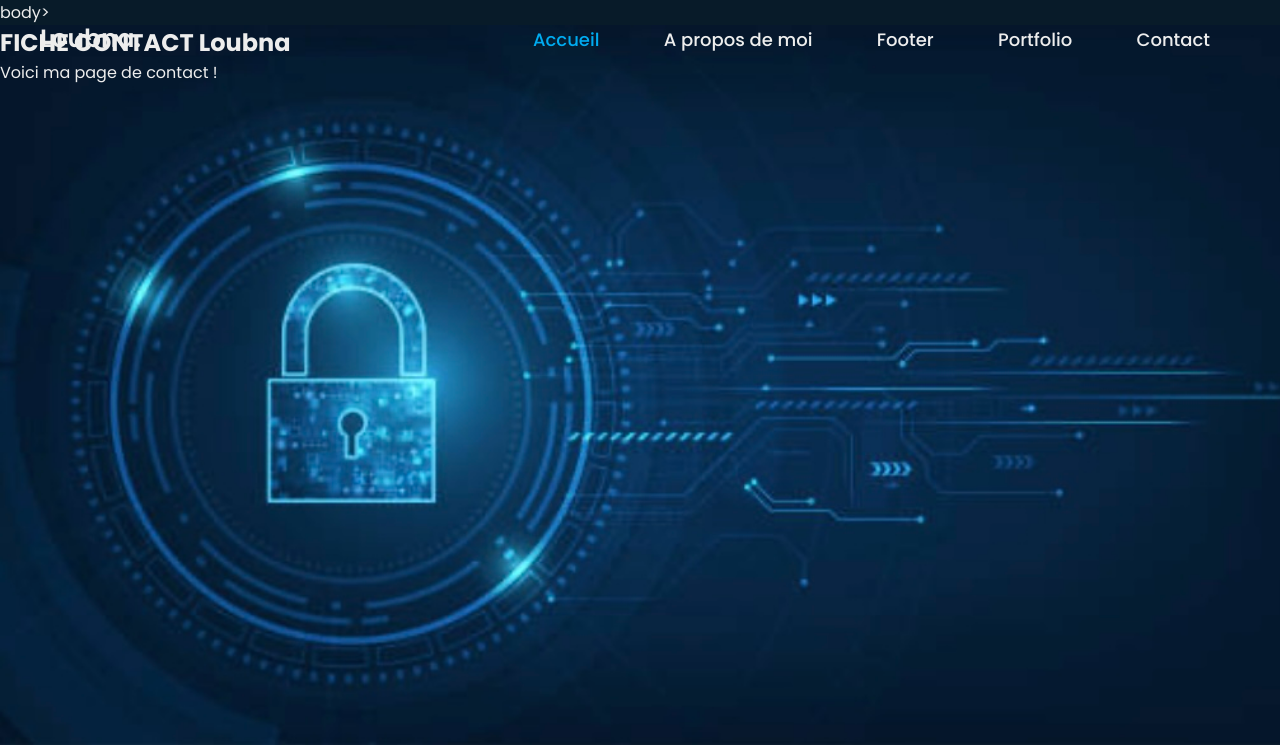
Repository: Loubna77290/Portfolio-de-Loubna
Page: contact.html
The author's editor kept a copy of each file at every save. The page is drawn from the files as they stood at one save, then again after the next save.
The browser window is 1280 px wide. The pictures show the whole page.

Above is the page before, as saved 2025-03-10 08:55:11.

### contact.html
<!DOCTYPE html>
<html lang="en">
<head>
    <meta charset="UTF-8">
    <meta name="viewport" content="width=device-width, initial-scale=1.0">
    <title>Fiche contact</title>
    <link rel="stylesheet" href="style.css">
</head>
<body>
    body>
  <header class="header">
        <a href="#" class="logo">Loubna.</a>

        <nav class="navbar">
            <a href="#"class="active">Accueil</a>
            <a href="#">A propos de moi</a>
            <a href="/footer.html">Footer</a>
            <a href="#">Portfolio</a>
            <a href="/contact.html" target="_blank">Contact</a>
        </nav>
    </header>

    <section class="contact-background">
        <div class="contact-contenu">
        <h1>FICHE CONTACT Loubna</h1>
        <p>Voici ma page de contact !</p>


    </div>
    </section>

</body>
</html>

### style.css
@import url('https://fonts.googleapis.com/css2?family=Poppins:wght@300;400;500;600;700;800;900&display=swap');

* {
    margin: 0;
    padding: 0;
    box-sizing: border-box;
    font-family: 'Poppins', sans-serif;

}

body {
    background: #081b29;
    color: #ededed;

}

.header {
    position:fixed;
    top: 0;
    left:0;
    width: 100%;
    padding: 20px 10px;
    background: transparent;
    display: flex;
    justify-content: space-between;
    align-items: center;
    z-index: 100;
}


.logo {
    position: relative;
    margin-left: 30px;
    font-size: 25px;
    color: #ededed;
    text-decoration: none;
    font-weight: 600;

}

.logo::before {
    content: '';
    position: absolute;
    top: 0;
    right: 0;
    width: 100%;
    height: 100%;
    background: #081b29b6;
    animation: showRight 1s ease forwards;
    animation-delay: .4s;;
}

.navbar a {
    font-size: 18px;
    color: #ededed;
    text-decoration: none;
    font-weight: 500;
    margin-right: 60px;
    justify-content: flex-end;
    transition: .3s;

}

.navbar a:hover,
.navbar a.active {
    color: #00abf0;

}

.accueil {
    height: 100vh;
    background: url(./IMG_7408.jpg) no-repeat center center;
    background-size: cover;
    display: flex;
    align-items: center;
    padding: 0 10%;
}

.accueil-contenu {
    background: transparent;
    max-width: 600px;


    }

.accueil-contenu h2 {
    font-size: 45px;
    font-weight: 700;
    line-height: 1.2;
    white-space: nowrap;
}

.accueil-contenu h2::before {
    content: '';
    position: absolute;
    top: 0;
    right: 0;
    width: 100%;
    height: 100%;
    background: #081b29;
    animation: showRight 1s ease forwards;
    animation-delay: 1s;
}

.accueil-contenu h3 {
    font-size: 30px;
    font-weight: 600;
    color: #0ff;

}

.accueil-contenu p {
    font-size: 16px;
    margin: 20px  0 40px;
    line-height: 1.2;
}

.accueil-contenu .btn-box {
    position: relative;
    display: flex;
    justify-content: space-between;
    width: 380px;
    height: 60px;

}

.accueil-contenu .btn-box::before {
    content: '';
    position: absolute;
    top: 0;
    right: 0;
    width: 100%;
    height: 100%;
    background: #081b294d;
    animation: showRight 1s ease forwards;
    animation-delay: 1.9s;
    z-index: 2;
}

.btn-box a {
    position: relative;
    display: inline-flex;
    justify-content: center;
    align-items: center;
    width: 150px;
    height: 110%;
    background: #00abf0;
    border: 2px solid #00abf0;
    border-radius: 8px;
    font-size: 19px;
    color: #081b29;
    text-align: center;
    text-decoration: none;
    font-weight: 600;
    letter-spacing: 1px;
    z-index: 1;
    overflow: hidden;
    transition: .5s;
}

.btn-box a:hover {
    color: #00abf0;

}

.btn-box a:nth-child(2) {
    background: transparent;
    color:#00abf0
}

.btn-box a:nth-child(2):hover {
    color:#081b29;
}


.btn-box a:nth-child(2)::before {
    background: #00abf0;
    }

.btn-box a::before {
    content: '';
    position: absolute;
    top: 0;
    left: 0;
    width: 0;
    height: 100%;
    background: #081b29;
    z-index: -1;
    transition: .5s;
}

.btn-box a:hover::before {
    width: 100%;
    }

.home-sci {
    position: absolute;
    bottom: 1px;
    width: 150px;
    display: flex;
    justify-content: space-between;
}

.home-sci::before {
    content: '';
    position: absolute;
    top: 0;
    right: 0;
    width: 100%;
    height: 100%;
    background: #081b29;
    animation: showRight 1s ease forwards;
    animation-delay: 2.5s;
    z-index: 2;
}

.home-sci a {
    position: relative;
    display: inline-flex;
    justify-content: center;
    align-items: center;
    width: 40px;
    height: 40px;
    background: transparent;
    border: 2px solid #00abf0;
    border-radius: 50%;
    font-size: 20px;
    text-decoration: none;
    z-index: 1;
    overflow: hidden;
    transition: .5s;
    color: #00abf0;
}

.home-sci a:hover {
    color: #081b29;

}
.home-sci a::before {
    content: '';
    position: absolute;
    top: 0;
    left: 0;
    width: 0;
    height: 100%;
    background:#00abf0;
    transition: .5s;
    z-index: -1;
}

.home-sci a:hover::before {
    width: 100%;
}

/* KEYFRAMES ANIMATION */
@keyframes showRight {
    100% {
        width: 0;
    }
}

.contact-background  {
    background: url('IMG_7400.jpg');
    height: 100vh;
    background-size: cover;
    display: flex;
}


.footer-background  {
    position: relative;
    background: url('IMG_7400.jpg');
    height: 100vh;
    background-size: cover;
    display: flex;
    align-items: flex-end;
    justify-content: center;
}

.contenu-footer {
    color: #ededed;
    position: absolute;

}
.contenu-footer p {
    color: rgb(169, 236, 238);
    font-weight: 200;
    font-size: 15px;
}

After the next save:
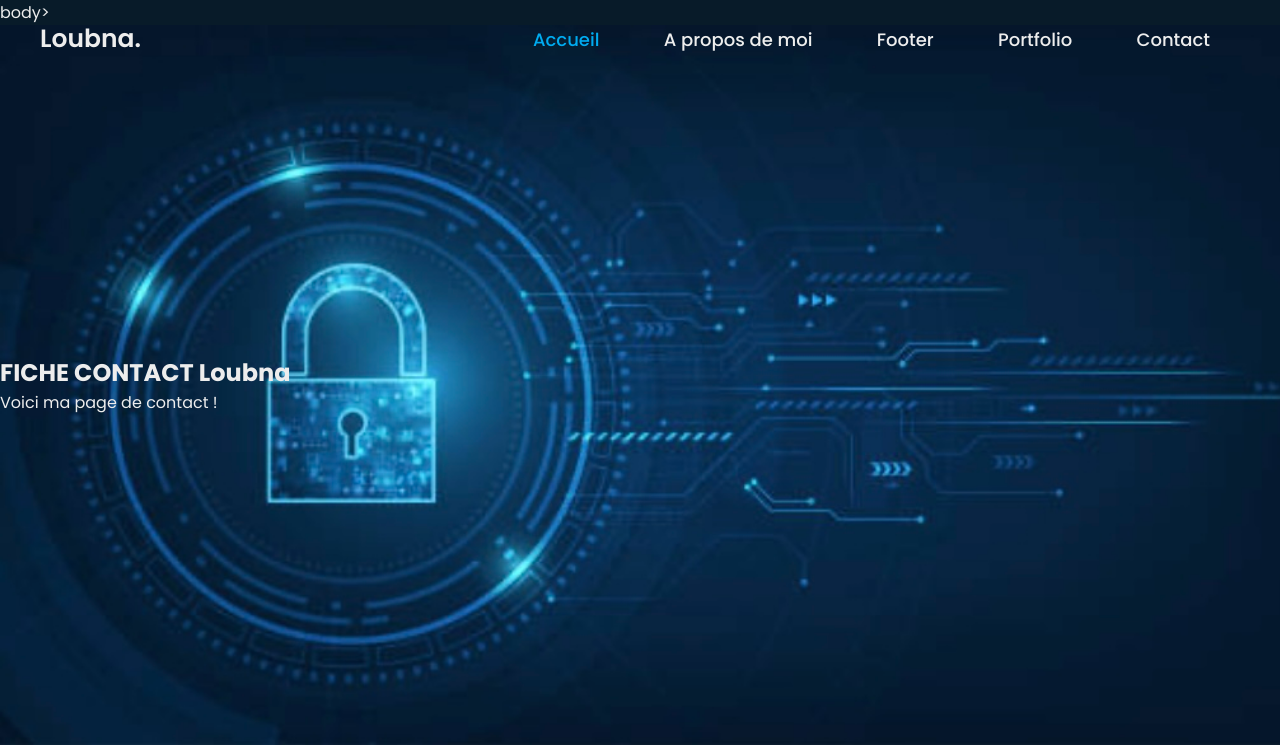
Saved 4 min 45 s later.
--- a/style.css
+++ b/style.css
@@ -266,6 +266,11 @@ body {
     display: flex;
 }
 
+.contact-contenu {
+    display: flex;
+    flex-direction: column;
+    justify-content: center;
+}
 
 .footer-background  {
     position: relative;
